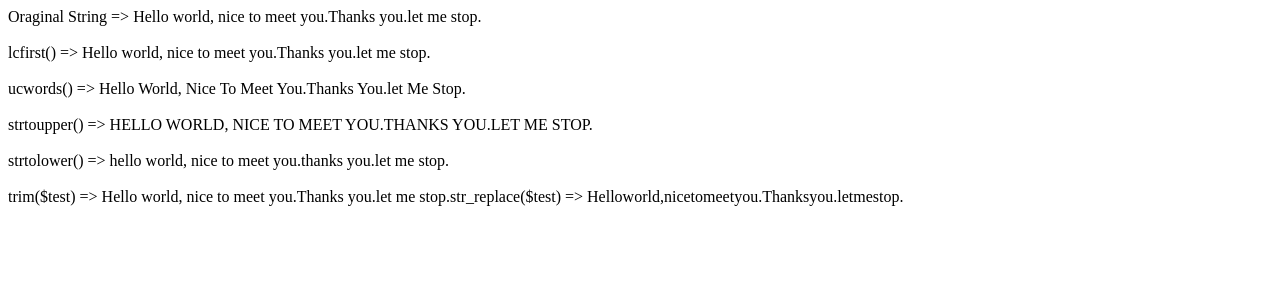
Repository: zinminkhantoo/assignment01
Page: http://localhost/String/printf_fprintf.php
An editor plug-in stored every save of this project. The page is shown before and after the next save, followed by the edit.
The browser window is 1280 px wide. The pictures show the whole page.
The page is run by PHP 8.4 with error messages shown; the project is at /var/www/html/.

Above is the page before, as saved 2020-04-12 10:13:48.

After the next save:
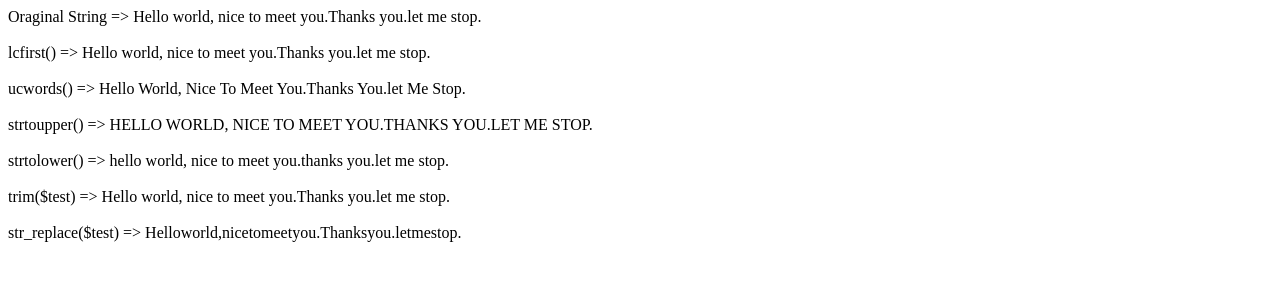
Saved 31 s later.
--- a/Test/String/printf_fprintf.php
+++ b/Test/String/printf_fprintf.php
@@ -2,12 +2,12 @@
     $test = " Hello world, nice to meet you.Thanks you.let me stop. ";
     $enter = "</br></br>";
     echo "Oraginal String =>".$test.$enter;
-    echo "lcfirst() => ".lcfirst($test)."</br></br>";
-    echo "ucwords() => " .ucwords($test)."</br></br>";
-    echo "strtoupper() => ".strtoupper($test)."</br></br>";
-    echo "strtolower() => ".strtolower($test)."</br></br>";
-    echo 'trim($test) => '.trim($test," ");
-    echo 'str_replace($test) => '.str_replace(" ", "", $test)."</br></br>";
+    echo "lcfirst() => ".lcfirst($test).$enter;
+    echo "ucwords() => " .ucwords($test).$enter;
+    echo "strtoupper() => ".strtoupper($test).$enter;
+    echo "strtolower() => ".strtolower($test).$enter;
+    echo 'trim($test) => '.trim($test," ").$enter;
+    echo 'str_replace($test) => '.str_replace(" ", "", $test).$enter;
 
 
 ?>
